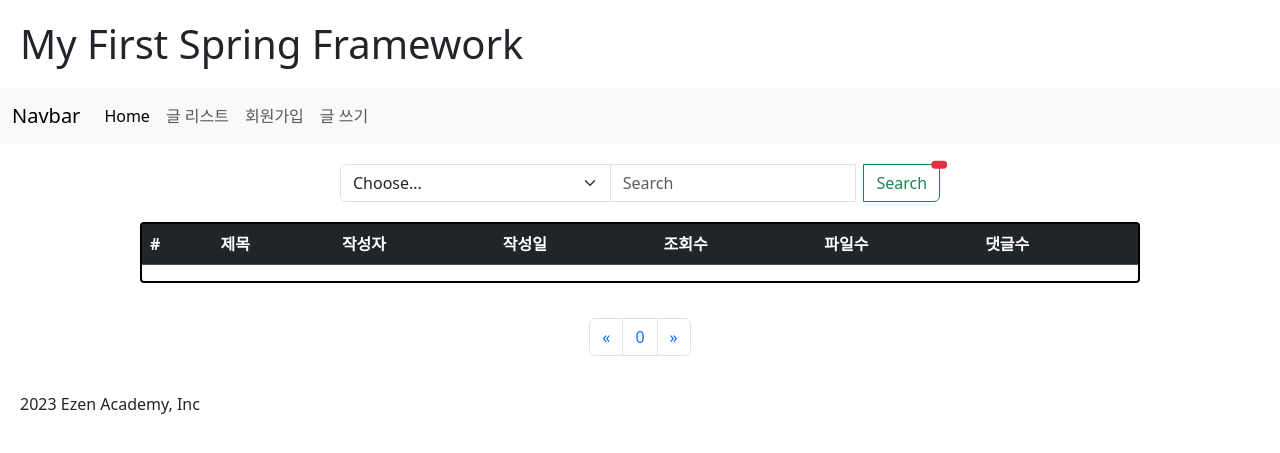
Repository: jinho0717/spring
Page: http://localhost/springProject/WEB-INF/views/board/list.jsp
An editor plug-in stored every save of this project. The page is shown before and after the next save, followed by the edit.
The browser window is 1280 px wide. The pictures show the whole page.
The page is served by Tomcat 9. Nobody is signed in. Other server files are loaded and not shown. The template is opened directly, without the code that normally fills it, so the values that code supplies are empty.

Above is the page before, as saved 2023-10-27 10:31:53.

### springProject/src/main/webapp/WEB-INF/views/board/list.jsp
<%@ page language="java" contentType="text/html; charset=UTF-8"
    pageEncoding="UTF-8"%>
    <%@ taglib uri="http://java.sun.com/jsp/jstl/core" prefix="c" %>
<!DOCTYPE html>
<html>
<head>
<meta charset="UTF-8">
<title>Insert title here</title>
<style type="text/css">
.col-sm-12{
margin: auto;
}
.page{
margin-top : 35px;
display: flex;
justify-content: center;
}
.list{
border : 2px solid black;
border-radius : 4px;
width: 1000px;
height:100%;
margin:auto;
}
</style>
</head>
<body>
<jsp:include page="../common/header.jsp"></jsp:include>
<jsp:include page="../common/nav.jsp"></jsp:include>

<!-- 검색라인 -->

<div class="col-sm-12 col-md-6">
  <form action="/board/list" method="get">
  <div class="input-group mb-3">
  <c:set value="${ph.pgvo.type }" var="typed"></c:set>
   <select class="form-select" name="type" id="inputGroupSelect01">
    <option ${typed eq null ? 'selected' : ''}>Choose...</option>
    <option value="t" ${typed eq 't' ? 'selected' : ''} >제목</option>
    <option value="w" ${typed eq 'w' ? 'selected' : ''}>작성자</option>
    <option value="c" ${typed eq 'c' ? 'selected' : ''}>내용</option>
    <option value="tw" ${typed eq 'tw' ? 'selected' : ''}>제목+작성자</option>
    <option value="tc" ${typed eq 'tc' ? 'selected' : ''}>제목+내용</option>
    <option value="cw" ${typed eq 'cw' ? 'selected' : ''}>내용+작성자</option>
    <option value="tcw" ${typed eq 'tcw' ? 'selected' : ''}>전체</option>
  </select>

        <input class="form-control me-2" name="keyword" value="${ph.pgvo.keyword }" type="search" placeholder="Search" aria-label="Search">
        <input type="hidden" name="pageNo" value="1">
        <input type="hidden" name="qty" value="${ph.pgvo.qty}">
        <button class="btn btn-outline-success" type="submit">
        Search
        <span class="position-absolute top-0 start-100 translate-middle badge rounded-pill bg-danger">
    	${ph.totalCount }
    	<span class="visually-hidden">unread messages</span>
  </span>
        </button>
     		</div>
      </form>
</div>
	<div class="list">
	<table class="table table-hover">
		<thead class="table-dark">
			<tr>
				<th>#</th>
				<th>제목</th>
				<th>작성자</th>
				<th>작성일</th>
				<th>조회수</th>
				<th>파일수</th>
				<th>댓글수</th>
			</tr>
		</thead>
		<tbody>
			<c:forEach items="${list }" var="bvo">
				<tr>
					<td>${bvo.bno }</td>
					<td><a href="/board/detail?bno=${bvo.bno }">${bvo.title }</a></td>
					<td>${bvo.writer }</td>
					<td>${bvo.regAt }</td>
					<td>${bvo.readCount }</td>
					<td>${bvo.hasFile }</td>
					<td>${bvo.cmtQty }</td>
				</tr>
			</c:forEach>
		</tbody>
	</table>
	</div>
<!-- 페이징 라인 -->
<div class="page">
<nav aria-label="Page navigation example">
  <ul class="pagination">
  <!-- 이전 -->

    <li class="page-item ${(ph.prev eq false) ? 'disabled' : '' }">
      <a class="page-link" href="/board/list?pageNo=${ph.startPage-1 }&qty=${ph.pgvo.qty}&type=${ph.pgvo.type}&keyword=${ph.pgvo.keyword}" aria-label="Previous">
        <span aria-hidden="true">&laquo;</span>
      </a>
    </li>
   <c:forEach begin="${ph.startPage }" end="${ph.endPage }" var="i">
    <li class="page-item"><a class="page-link" href="/board/list?pageNo=${i }&qty=${ph.pgvo.qty}&type=${ph.pgvo.type}&keyword=${ph.pgvo.keyword}">${i}</a></li>
    </c:forEach>
    <!-- 다음 -->
    <li class="page-item ${(ph.next eq false) ? 'disabled' : '' } ">
      <a class="page-link" href="/board/list?pageNo=${ph.endPage + 1 }&qty=${ph.pgvo.qty}&type=${ph.pgvo.type}&keyword=${ph.pgvo.keyword}" aria-label="Next">
        <span aria-hidden="true">&raquo;</span>
      </a>
    </li>
  </ul>
</nav>
</div>
<script type="text/javascript">
const isDel = `<c:out value="${isDel}" />`;
if (isDel == 1) {
	alert('삭제완료');
}
const isUp = `<c:out value="${isUp}" />`;
if(isUp == 1){
	alert('등록 완료');
}
</script>
<jsp:include page="../common/footer.jsp"></jsp:include>
</body>
</html>

### springProject/src/main/webapp/WEB-INF/views/common/header.jsp
<%@ page language="java" contentType="text/html; charset=UTF-8"
    pageEncoding="UTF-8"%>
     <%@ taglib uri="http://java.sun.com/jsp/jstl/core" prefix="c" %>
<!DOCTYPE html>
<html>
<head>
<meta charset="UTF-8">
<title>Insert title here</title>
<link href="https://cdn.jsdelivr.net/npm/bootstrap@5.3.1/dist/css/bootstrap.min.css" rel="stylesheet" integrity="sha384-4bw+/aepP/YC94hEpVNVgiZdgIC5+VKNBQNGCHeKRQN+PtmoHDEXuppvnDJzQIu9" crossorigin="anonymous">
<script src="https://cdn.jsdelivr.net/npm/bootstrap@5.3.1/dist/js/bootstrap.bundle.min.js" integrity="sha384-HwwvtgBNo3bZJJLYd8oVXjrBZt8cqVSpeBNS5n7C8IVInixGAoxmnlMuBnhbgrkm" crossorigin="anonymous"></script>
<style type="text/css">
h1 , p , h3, form{
margin: 20px
}
</style>
</head>
<body>
<h1>My First Spring Framework</h1>

</body>
</html>

### springProject/src/main/webapp/WEB-INF/views/common/nav.jsp
<%@ page language="java" contentType="text/html; charset=UTF-8"
    pageEncoding="UTF-8"%>
     <%@ taglib uri="http://java.sun.com/jsp/jstl/core" prefix="c" %>
<!DOCTYPE html>
<html>
<head>
<meta charset="UTF-8">
<title>Insert title here</title>

</head>
<body>
<header>
	<nav class="navbar navbar-expand-lg bg-body-tertiary">
  <div class="container-fluid">
    <a class="navbar-brand" href="#">Navbar</a>
    <button class="navbar-toggler" type="button" data-bs-toggle="collapse" data-bs-target="#navbarSupportedContent" aria-controls="navbarSupportedContent" aria-expanded="false" aria-label="Toggle navigation">
      <span class="navbar-toggler-icon"></span>
    </button>
    <div class="collapse navbar-collapse" id="navbarSupportedContent">
      <ul class="navbar-nav me-auto mb-2 mb-lg-0">
        <li class="nav-item">
          <a class="nav-link active" aria-current="page" href="/">Home</a>
        </li>
        <li class="nav-item">
          <a class="nav-link" href="/board/list">글 리스트</a>
        </li>
        <li class="nav-item">
          <a class="nav-link" href="/member/register">회원가입</a>
        </li>
        <li class="nav-item">
          <a class="nav-link" href="/board/register">글 쓰기</a>
        </li>
      </ul>
    </div>
  </div>
</nav>
</header>
</body>
</html>

### springProject/src/main/webapp/WEB-INF/views/common/footer.jsp
<%@ page language="java" contentType="text/html; charset=UTF-8"
    pageEncoding="UTF-8"%>
    <%@ taglib uri="http://java.sun.com/jsp/jstl/core" prefix="c" %>
<!DOCTYPE html>
<html>
<head>
<meta charset="UTF-8">
<title>Insert title here</title>

</head>
<body>
<div>
	<p>2023 Ezen Academy, Inc</p>
</div>
</body>
</html>

After the next save:
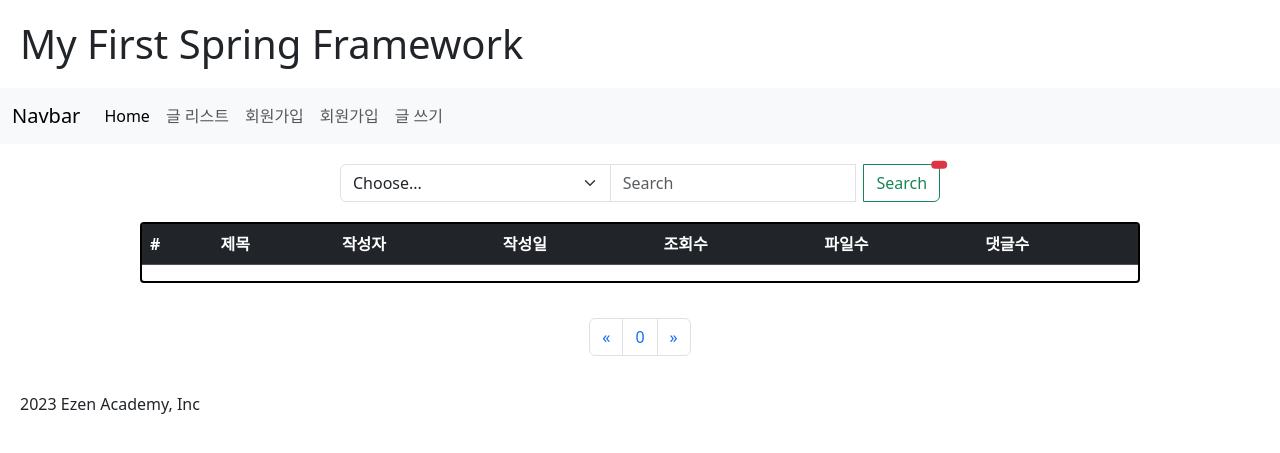
Saved 13 s later.
--- a/springProject/src/main/webapp/WEB-INF/views/common/nav.jsp
+++ b/springProject/src/main/webapp/WEB-INF/views/common/nav.jsp
@@ -28,6 +28,9 @@
           <a class="nav-link" href="/member/register">회원가입</a>
         </li>
         <li class="nav-item">
+          <a class="nav-link" href="/member/login">회원가입</a>
+        </li>
+        <li class="nav-item">
           <a class="nav-link" href="/board/register">글 쓰기</a>
         </li>
       </ul>
